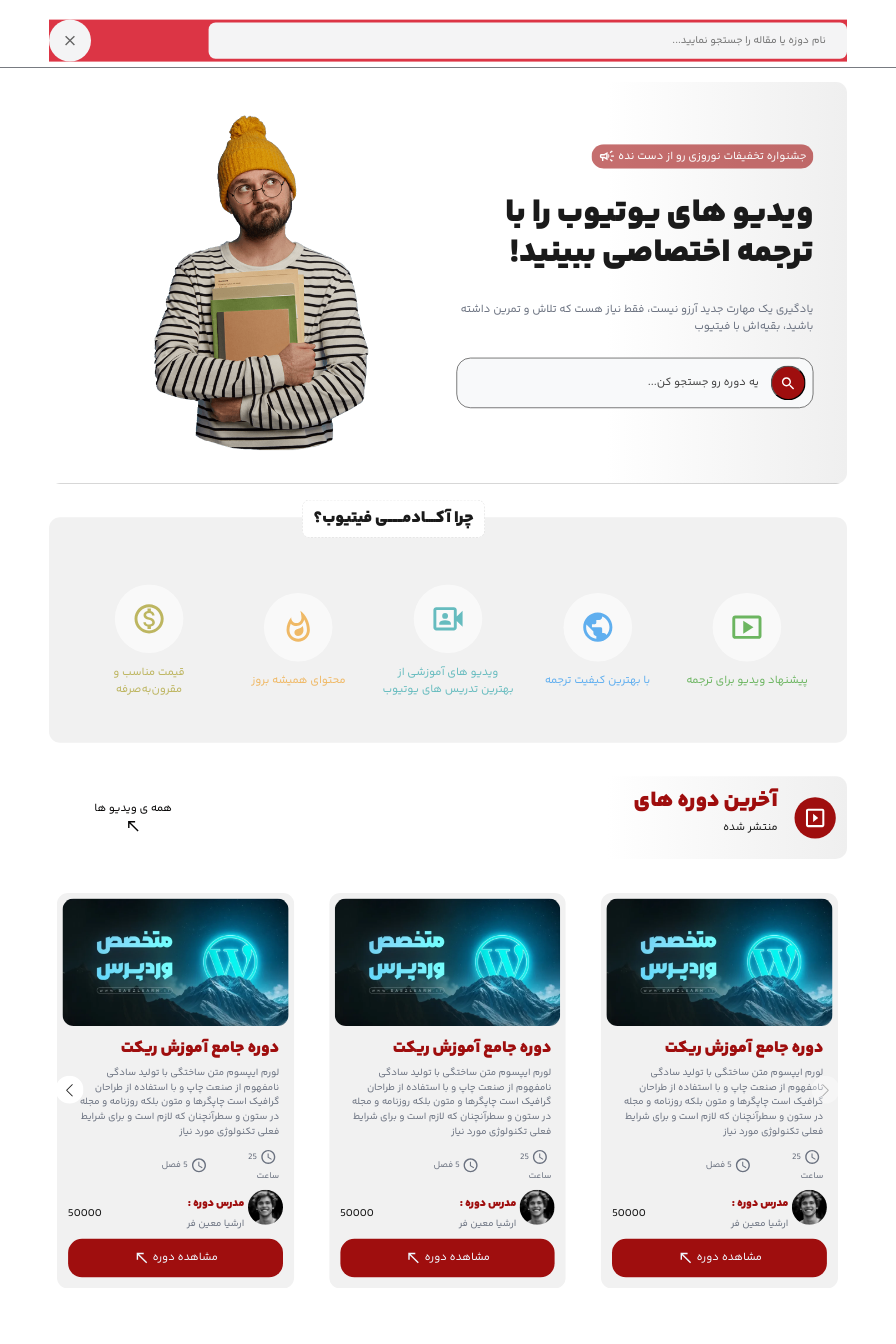
Repository: arshiamoeinfar/fitube
Page: /, after clicking the first element matching `div.utility-bar > :nth-child(2)`
The author's editor kept a copy of each file at every save. The page is drawn from the files as they stood at one save, then again after the next save.
The browser window is 1280 px wide. The pictures show the part of the page from y = 0 to 1920 px (the page is 2921 px tall), at 70% of full size.
The project was rebuilt for these pictures with package versions that can differ from the ones it lists, and the page was loaded fresh each time. Also part of the build but not shown: src/components/LandingCounter/LandingCounter.css, src/components/LandingCounter/LandingCounter.js, src/components/BoxHeader/BoxHeader.jsx, src/components/Category/Category.jsx, src/components/CartPermium/CartPremium.jsx, src/components/BuyPremium/BuyPremium.jsx, src/pages/Login/Login.js, src/components/MovieHeader/VideoPlayer.css and 2 more. Imported but missing from the stored project, and not drawn on this page: src/assets/videos/video5972191431412946595.mp4.

Above is the page before, as saved 2025-04-04 12:00:10.

After the next save:
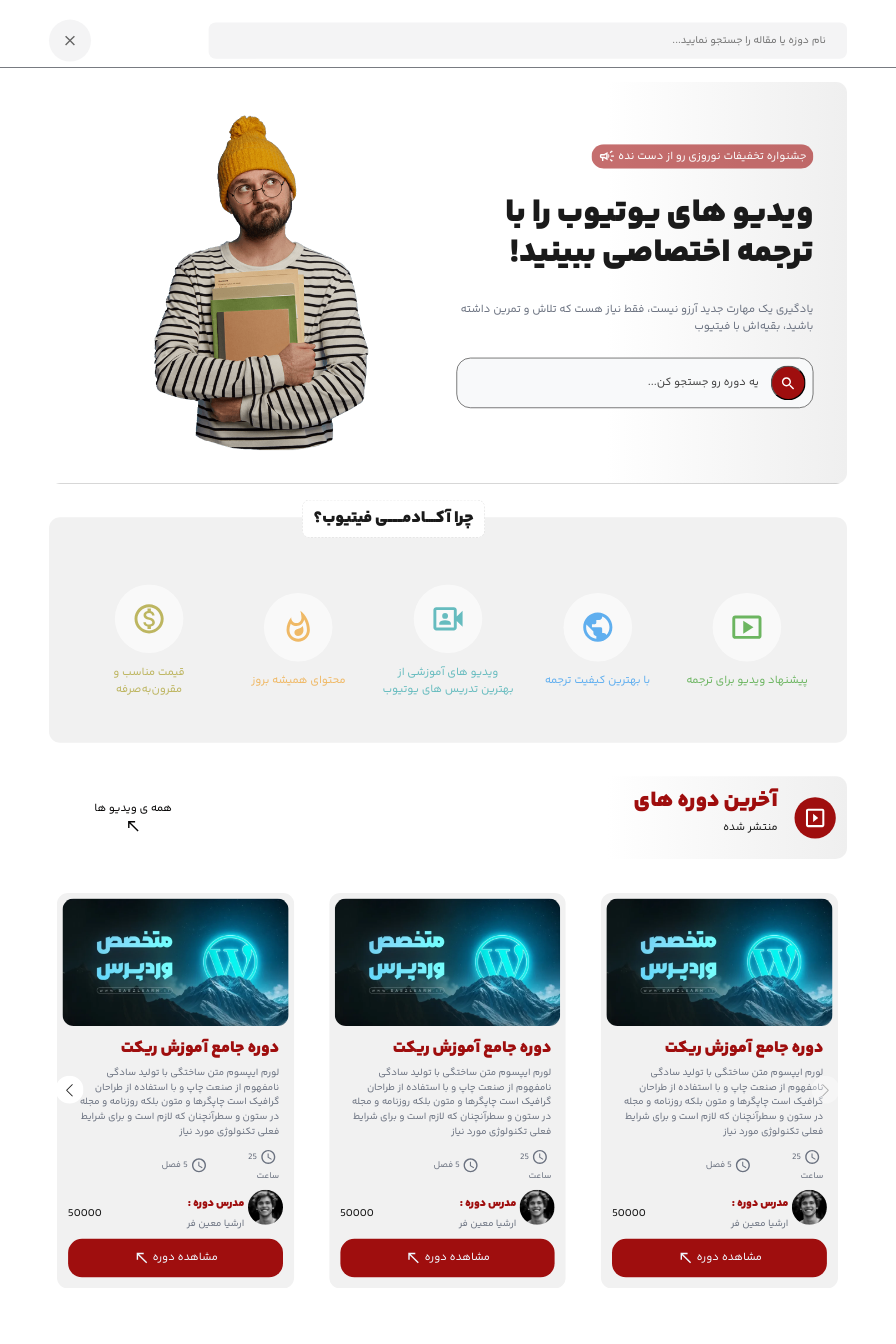
Saved 8 s later.
--- a/src/components/Navbar/Navbar.jsx
+++ b/src/components/Navbar/Navbar.jsx
@@ -16,7 +16,7 @@ const Header = () => {
   return (
     <Navbar id="navbar" className="container-fluid px-3 mx-auto ">
       {isShowSerachBox ? (
-        <div className="container bg-danger p-0 search-box w-100 d-flex justify-content-between align-items-center">
+        <div className="container  p-0 search-box w-100 d-flex justify-content-between align-items-center">
           <div className="contact-email">
             <input type="text" placeholder="نام دوزه یا مقاله را جستجو نمایید..." className="w-100"/>
           </div>
